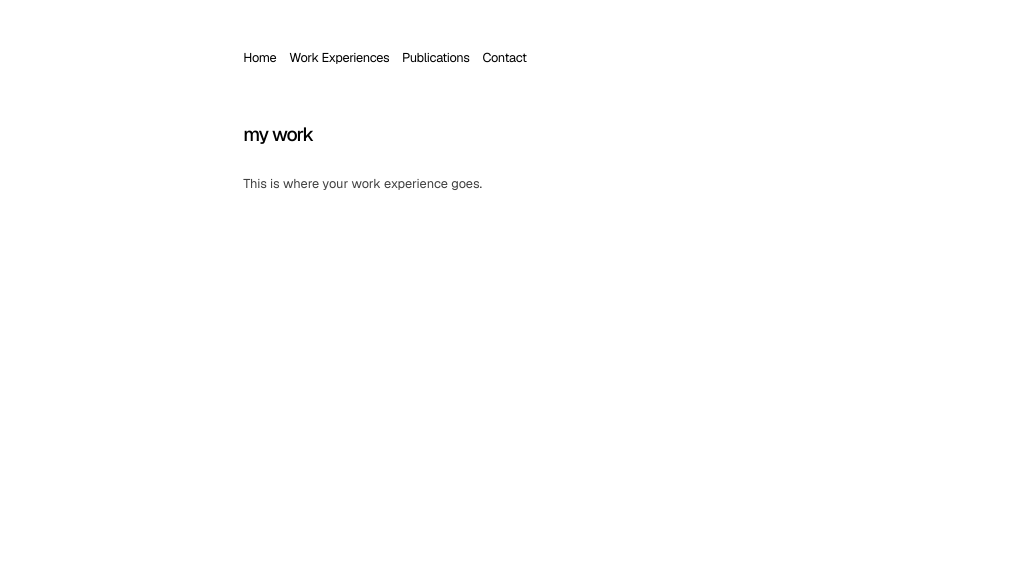
Repository: kimixz/kimixz.github.io
Page: /work
An editor plug-in stored every save of this project. The page is shown before and after the next save, followed by the edit.
The browser window is 1280 px wide. The pictures show the whole page, at 80% of full size.
The project was rebuilt for these pictures with package versions that can differ from the ones it lists, and the page was loaded fresh each time. Some packages were replaced by stand-ins written for this rebuild. The framework's server and built-in components were replaced by stand-ins that run in the browser. Also part of the build but not shown: next.config.mjs, app/blog/[slug]/sandpack.tsx.

Above is the page before, as saved 2024-07-28 16:40:18.

### app/work/page.tsx
export default function Page() {
  return (
    <section>
      <h1 className="font-medium text-2xl mb-8 tracking-tighter">my work</h1>
      <p className="prose prose-neutral dark:prose-invert">
        This is where your work experience goes.
      </p>
    </section>
  );
}

### app/global.css
@tailwind base;
@tailwind components;
@tailwind utilities;

::selection {
  background-color: #47a3f3;
  color: #fefefe;
}

:root {
  --sh-class: #2d5e9d;
  --sh-identifier: #354150;
  --sh-sign: #8996a3;
  --sh-string: #007f7a;
  --sh-keyword: #e02518;
  --sh-comment: #a19595;
  --sh-jsxliterals: #6266d1;
  --sh-property: #e25a1c;
  --sh-entity: #e25a1c;
}

@media (prefers-color-scheme: dark) {
  :root {
    --sh-class: #4c97f8;
    --sh-identifier: white;
    --sh-keyword: #f47067;
    --sh-string: #0fa295;
  }
  html {
    color-scheme: dark;
  }
}

html {
  min-width: 360px;
}

.prose .anchor {
  @apply absolute invisible no-underline;

  margin-left: -1em;
  padding-right: 0.5em;
  width: 80%;
  max-width: 700px;
  cursor: pointer;
}

.anchor:hover {
  @apply visible;
}

.prose a {
  @apply transition-all decoration-neutral-400 dark:decoration-neutral-600 underline-offset-2 decoration-[0.1em];
}

.prose .anchor:after {
  @apply text-neutral-300 dark:text-neutral-700;
  content: '#';
}

.prose *:hover > .anchor {
  @apply visible;
}

.prose pre {
  @apply bg-neutral-50 dark:bg-neutral-900 rounded-lg overflow-x-auto border border-neutral-200 dark:border-neutral-900;
}

.prose code {
  @apply px-1 py-0.5 rounded-lg;
}

.prose pre code {
  @apply p-0;
  border: initial;
  line-height: 1.5;
}

.prose code span {
  @apply font-medium;
}

.prose img {
  /* Don't apply styles to next/image */
  @apply m-0;
}

.prose h2,
h3,
h4 {
  @apply font-medium tracking-tighter !important;
}

.prose strong {
  @apply font-medium;
}

.prose > :first-child {
  /* Override removing top margin, causing layout shift */
  margin-top: 1.25em !important;
  margin-bottom: 1.25em !important;
}

pre::-webkit-scrollbar {
  display: none;
}

pre {
  -ms-overflow-style: none; /* IE and Edge */
  scrollbar-width: none; /* Firefox */
}

/* Remove Safari input shadow on mobile */
input[type='text'],
input[type='email'] {
  -webkit-appearance: none;
  -moz-appearance: none;
  appearance: none;
}

.prose .tweet a {
  text-decoration: inherit;
  font-weight: 500;
}

table {
  display: block;
  max-width: fit-content;
  overflow-x: auto;
  white-space: nowrap;
}

.prose .callout > p {
  margin: 0 !important;
}

.title {
  text-wrap: balance;
}

### app/components/nav.tsx
import Link from 'next/link';

const navItems = {
  '/': {
    name: 'Home',
  },
  '/work': {
    name: 'Work Experiences',
  },
  '/publications': {
    name: 'Publications',
  },
  '/contact': {
    name: 'Contact',
  },
};

export function Navbar() {
  return (
    <aside className="-ml-[8px] mb-16 tracking-tight">
      <div className="lg:sticky lg:top-20">
        <nav
          className="flex flex-row items-start relative px-0 pb-0 fade md:overflow-auto scroll-pr-6 md:relative"
          id="nav"
        >
          <div className="flex flex-row space-x-0 pr-10">
            {Object.entries(navItems).map(([path, { name }]) => {
              return (
                <Link
                  key={path}
                  href={path}
                  className="transition-all hover:text-neutral-800 dark:hover:text-neutral-200 flex align-middle relative py-1 px-2"
                >
                  {name}
                </Link>
              );
            })}
          </div>
        </nav>
      </div>
    </aside>
  );
}

Loaded but not shown: app/layout.tsx (common file); tailwind.config.ts (common file)

After the next save:
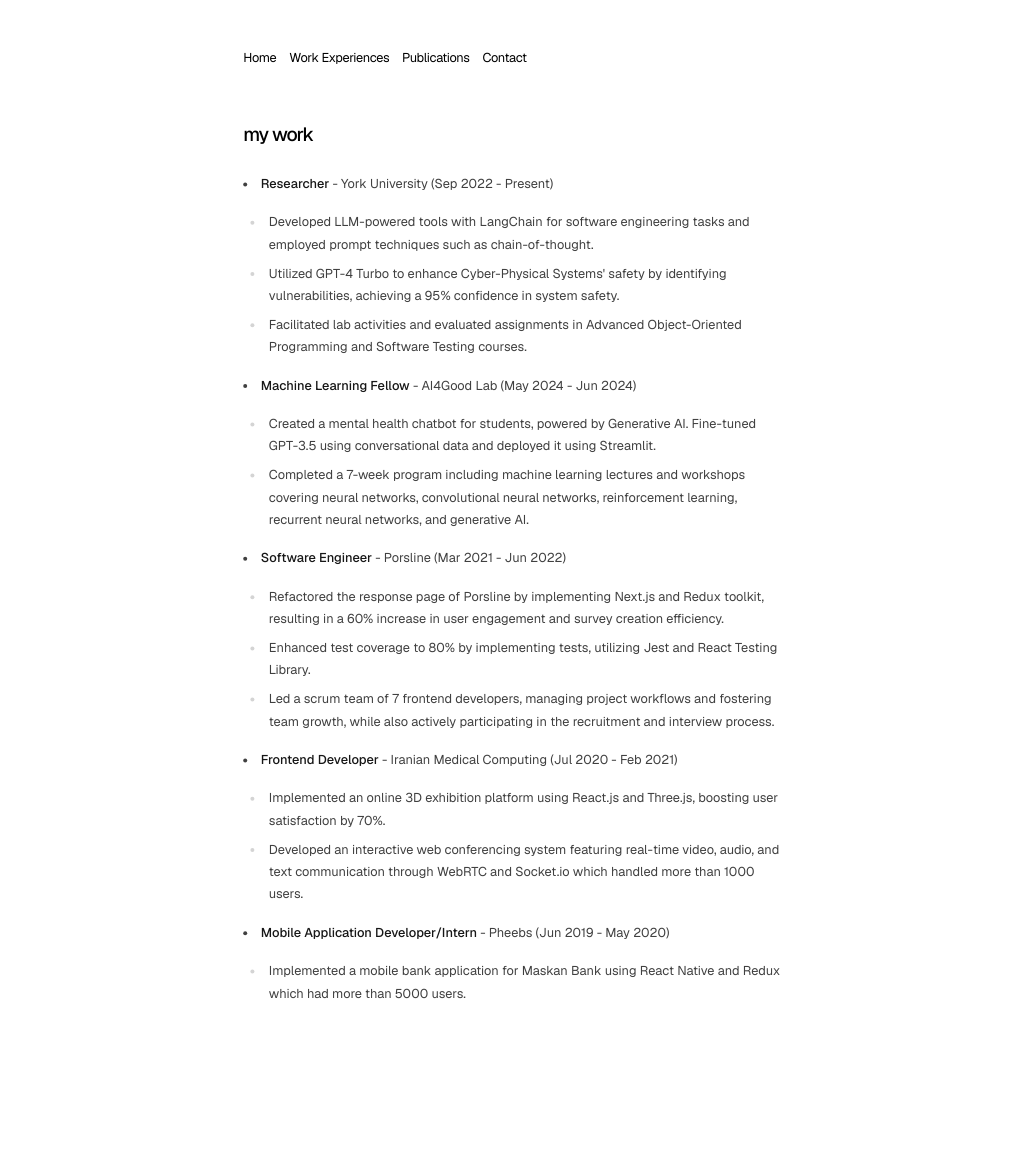
Saved 24 s later.
--- a/app/work/page.tsx
+++ b/app/work/page.tsx
@@ -3,7 +3,42 @@ export default function Page() {
     <section>
       <h1 className="font-medium text-2xl mb-8 tracking-tighter">my work</h1>
       <p className="prose prose-neutral dark:prose-invert">
-        This is where your work experience goes.
+          <li>
+            <strong>Researcher</strong> - York University (Sep 2022 - Present)
+            <ul>
+              <li>Developed LLM-powered tools with LangChain for software engineering tasks and employed prompt techniques such as chain-of-thought.</li>
+              <li>Utilized GPT-4 Turbo to enhance Cyber-Physical Systems' safety by identifying vulnerabilities, achieving a 95% confidence in system safety.</li>
+              <li>Facilitated lab activities and evaluated assignments in Advanced Object-Oriented Programming and Software Testing courses.</li>
+            </ul>
+          </li>
+          <li>
+            <strong>Machine Learning Fellow</strong> - AI4Good Lab (May 2024 - Jun 2024)
+            <ul>
+              <li>Created a mental health chatbot for students, powered by Generative AI. Fine-tuned GPT-3.5 using conversational data and deployed it using Streamlit.</li>
+              <li>Completed a 7-week program including machine learning lectures and workshops covering neural networks, convolutional neural networks, reinforcement learning, recurrent neural networks, and generative AI.</li>
+            </ul>
+          </li>
+          <li>
+            <strong>Software Engineer</strong> - Porsline (Mar 2021 - Jun 2022)
+            <ul>
+              <li>Refactored the response page of Porsline by implementing Next.js and Redux toolkit, resulting in a 60% increase in user engagement and survey creation efficiency.</li>
+              <li>Enhanced test coverage to 80% by implementing tests, utilizing Jest and React Testing Library.</li>
+              <li>Led a scrum team of 7 frontend developers, managing project workflows and fostering team growth, while also actively participating in the recruitment and interview process.</li>
+            </ul>
+          </li>
+          <li>
+            <strong>Frontend Developer</strong> - Iranian Medical Computing (Jul 2020 - Feb 2021)
+            <ul>
+              <li>Implemented an online 3D exhibition platform using React.js and Three.js, boosting user satisfaction by 70%.</li>
+              <li>Developed an interactive web conferencing system featuring real-time video, audio, and text communication through WebRTC and Socket.io which handled more than 1000 users.</li>
+            </ul>
+          </li>
+          <li>
+            <strong>Mobile Application Developer/Intern</strong> - Pheebs (Jun 2019 - May 2020)
+            <ul>
+              <li>Implemented a mobile bank application for Maskan Bank using React Native and Redux which had more than 5000 users.</li>
+            </ul>
+          </li>
       </p>
     </section>
   );
